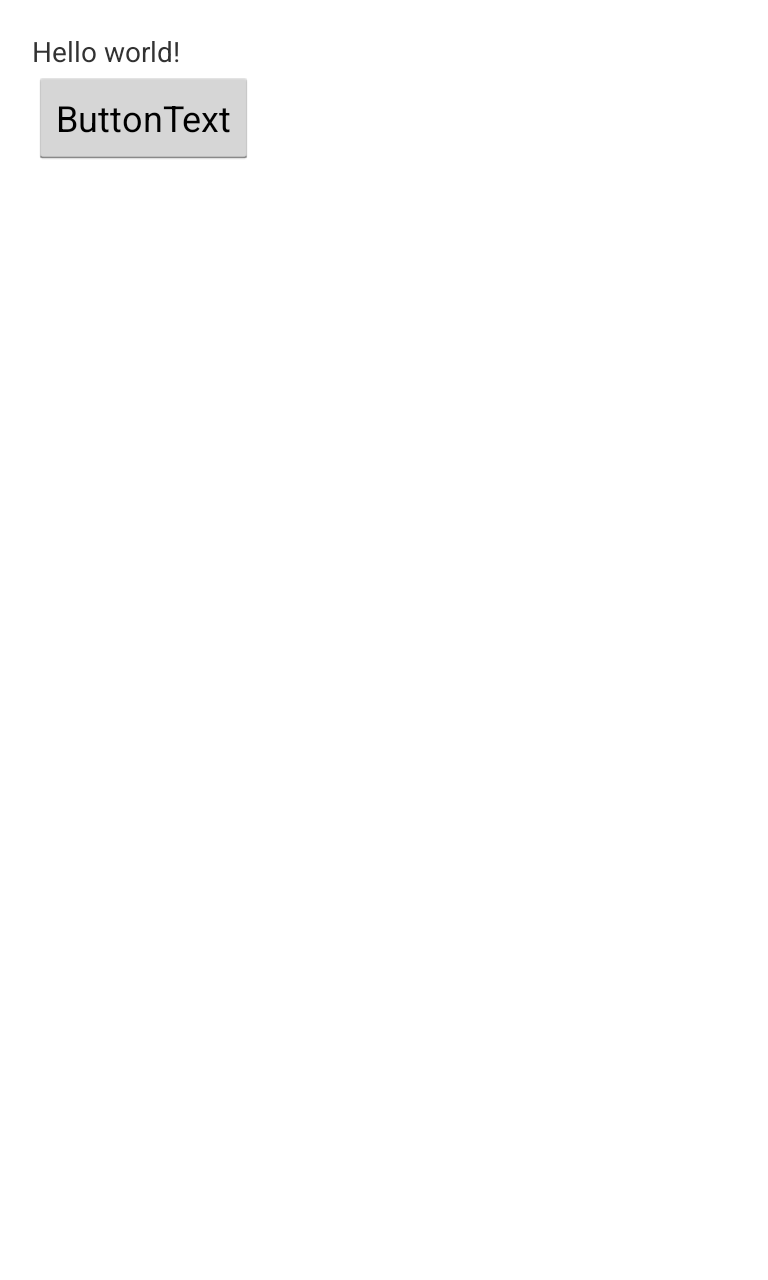
Repository: pratikgholam/DemoRepo
Layout: HelloApp/res/layout/activity_main.xml
These files come from the project's save history. The layout is drawn as it stood at one moment and after the next save; the edit follows.
It is drawn on a 768 x 1280 px phone screen (xhdpi) without system bars, with theme AppTheme; the app's code is not run.

Above is the layout before, as saved 2016-11-09 11:51:53.

After the next save:
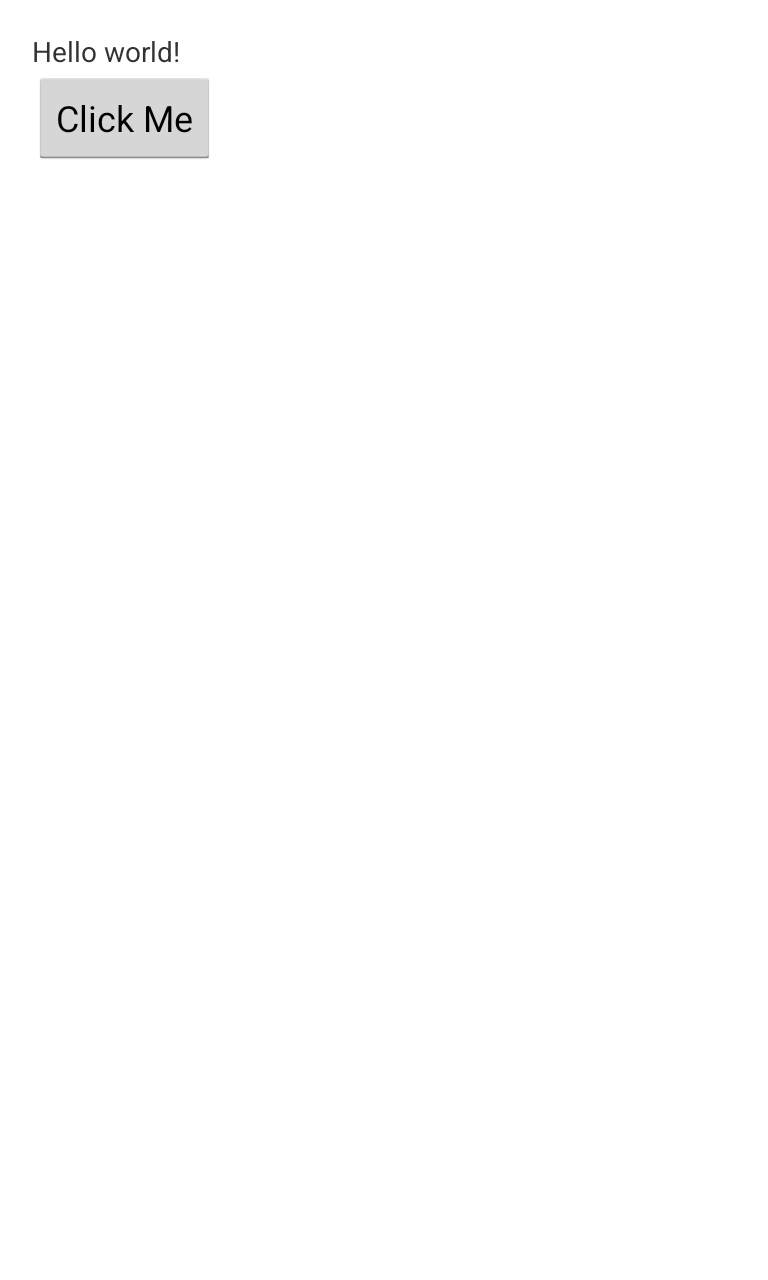
Saved 34 s later.
--- a/HelloApp/res/layout/activity_main.xml
+++ b/HelloApp/res/layout/activity_main.xml
@@ -20,6 +20,6 @@
         android:layout_height="wrap_content"
         android:layout_alignLeft="@+id/textView1"
         android:layout_below="@+id/textView1"
-        android:text="ButtonText" />
+        android:text="@string/ButtonText" />
 
 </RelativeLayout>
